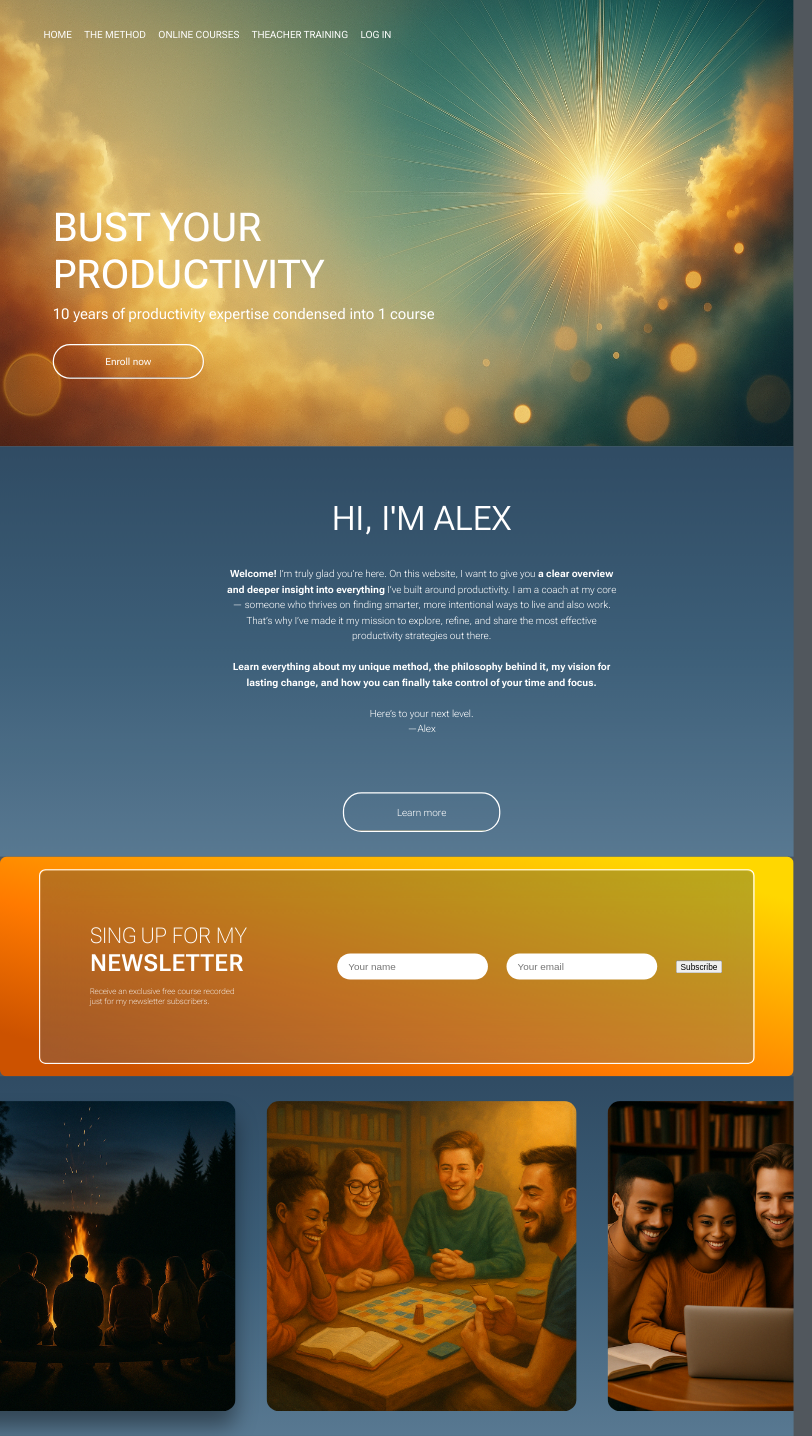
Repository: Parnicoza/testecomplete
Page: Productivity.copie.html
An editor plug-in stored every save of this project. The page is shown before and after the next save, followed by the edit.
The browser window is 1280 px wide. The page is 1310 px wide, so the pictures cover 1310 px, including what lies to the right of the window. The pictures show the whole page, at 62% of full size.
The pointer rests on the first visible `.modificariimaginidecurs`.

Above is the page before, as saved 2025-05-30 16:21:57.

After the next save:
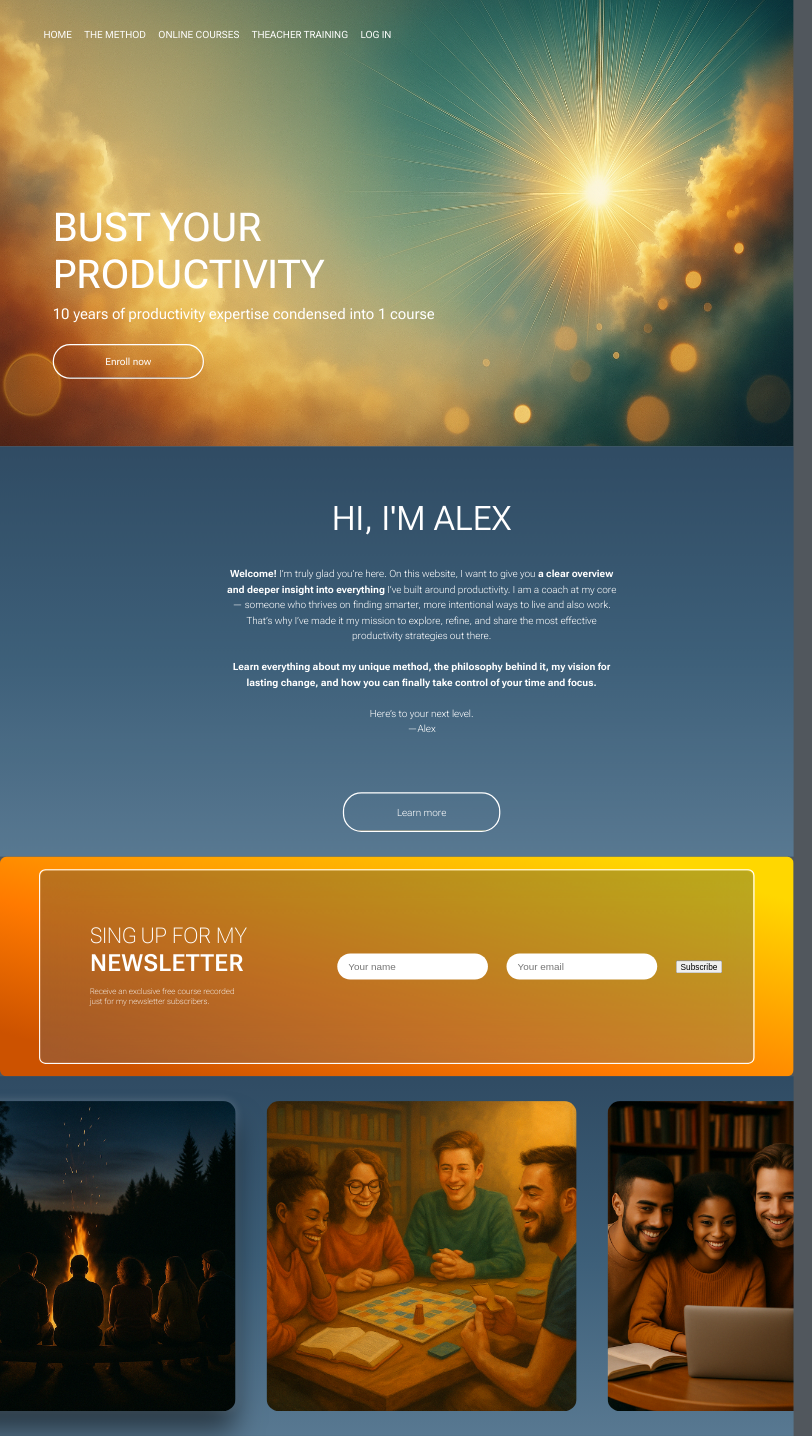
Saved 2 min 7 s later.
--- a/peoductivitate.css
+++ b/peoductivitate.css
@@ -350,8 +350,8 @@ form {
 }
 
 .modificariimaginidecurs:hover {
-    transform: translateY(-15px);
-    box-shadow: 0 25px 35px rgba(0, 0, 0, 0.4);
+    transform: translateY(-35px);
+    box-shadow: 0 35px 45px rgba(0, 0, 0, 0.5), 0 0 15px rgba(255, 255, 255, 0.2) ;
 }
 
 
